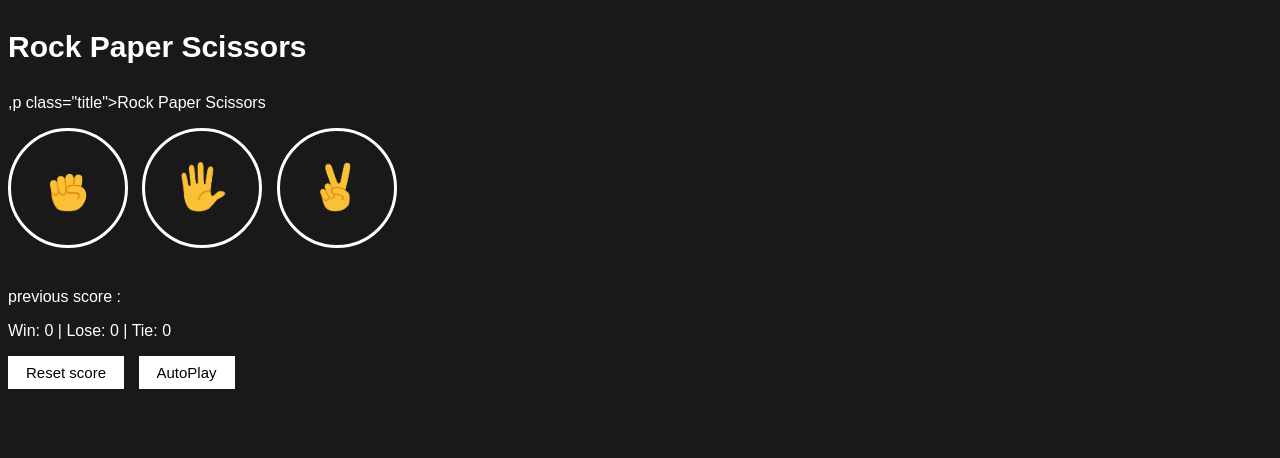
Repository: Gaurav124937/javascript
Page: html/08-rock-paper-scissors-evetlistner.html
These files come from the project's save history. The page is drawn as it stood at one moment and after the next save; the edit follows.
The browser window is 1280 px wide. The pictures show the whole page.

Above is the page before, as saved 2026-04-06 21:35:36.

### html/08-rock-paper-scissors-evetlistner.html
<!DOCTYPE html>
<html lang="en">

<head>
    <meta charset="UTF-8">
    <meta name="viewport" content="width=device-width, initial-scale=1.0">
    <title>Document</title>
    <link rel="stylesheet" href="../css/rock-paper-scisssor-autoplay.css">
</head>



<body>
    <p class="title">Rock Paper Scissors</p>
    ,p class="title">Rock Paper Scissors</p>
    <button  class="game-button rock-button">
        <img src="../images/rock-emoji.png" class="button-emoji"></button>
    <button  class="game-button paper-button">
        <img src="../images/paper-emoji.png" class="button-emoji"></button>
    <button  class="game-button scissors-button">
        <img src="../images/scissors-emoji.png" class="button-emoji"></button>
    <p class="displayresult"></p>
    <p class="choices"></p>
    <p class="js-previous-score previous"> previous score :</p>
    <p class="score-display"></p>
    <button onclick="resetScore() " class="reset-score">Reset score</button>
    <button onclick="autoPlay()" class="auto-play-button">AutoPlay</button>
    <script src="../js/rock-paper-scisssor-autoplay-eventlistner.js"></script>
</body>


</html>

### css/rock-paper-scisssor-autoplay.css
body {
    font-family: Arial, sans-serif;
    color: white;
    background-color: rgb(25, 25, 25);
}

.title {
    font-size: 30px;
    font-weight: bold;
    margin-bottom: 30px;
}

.game-button {
    width: 120px;
    height: 120px;
    border-radius: 90px;
    background-color: rgb(25, 25, 25);
    border: 3px solid white;
    margin-right: 10px;
    cursor: pointer;
}

.button-emoji {
    width: 50px;
}

.result-display {
    font-size: 25px;
    font-weight: bold;
    margin-top: 50px;
}

.choice-display {
    font-size: 15px;
    margin-top: 20px;
    vertical-align: top;
}

.previous {
    margin-top: 40px;
}

.reset-score {
    padding: 8px 18px;
    font-size: 15px;
    background-color: white;
    color: black;
    border: none;
    cursor: pointer;
}

.auto-play-button {
    padding: 8px 18px;
    font-size: 15px;
    background-color: white;
    color: black;
    border: none;
    cursor: pointer;
    margin-left: 10px;
}

### js/rock-paper-scisssor-autoplay-eventlistner.js
const score = localStorage.getItem('score') ? JSON.parse(localStorage.getItem('score')) : { win: 0, lose: 0, tie: 0 };

updateScoreElement();

//function to play the game

function ComputerChoice() {
    let randomNumber = Math.random();
    let ComputerChoice = '';
    if (randomNumber > 0 && randomNumber < 1 / 3) {
        ComputerChoice = 'rock';
    } else if (randomNumber > 1 / 3 && randomNumber < 2 / 3) {
        ComputerChoice = 'paper';
    } else {
        ComputerChoice = 'scissors';
    }
    return ComputerChoice;
}


    //main game function
        document.querySelector('.rock-button').addEventListener('click', () => playGame('rock'));
        document.querySelector('.paper-button').addEventListener('click', () => playGame('paper'));
        document.querySelector('.scissors-button').addEventListener('click', () => playGame('scissors'));


        document.body.addEventListener('keydown', (event) => {
            if (event.key === 'r' || event.key === 'R') {
                playGame('rock');
            } else if (event.key === 'p' || event.key === 'P') {
                playGame('paper');
            } else if (event.key === 's' || event.key === 'S') {
                playGame('scissors');
            }
        });



function playGame(playerChoice) {
    document.querySelector('.js-previous-score').innerHTML = '';


    let returnedComputerChoice = ComputerChoice();

    //function to compare choices and determine result
    function copmarison() {
        let result = '';
        if (playerChoice === returnedComputerChoice) {
            score.tie++;
            result = 'Tie';
        } else if (
            (playerChoice === 'rock' && returnedComputerChoice === 'scissors') ||
            (playerChoice === 'paper' && returnedComputerChoice === 'rock') ||
            (playerChoice === 'scissors' && returnedComputerChoice === 'paper')
        ) {
            score.win++;
            result = "You win.";
        } else {
            score.lose++;
            result = "You lose.";
        }
        //store score in local storage
        localStorage.setItem('score', JSON.stringify(score));
        return result;
    }




    //display results on the webpage
    const resultElement = document.querySelector('.displayresult');
    resultElement.innerText = copmarison();
    resultElement.classList.add('result-display');


    //display choices
    const choiceElement = document.querySelector('.choices');

    choiceElement.innerHTML = `You chose: <img src="../images/${playerChoice}-emoji.png" class="button-emoji"> | Computer chose: <img src="../images/${returnedComputerChoice}-emoji.png" class="button-emoji">`;
    choiceElement.classList.add('choice-display');

    //display score
    updateScoreElement();



}
//function to reset score
function resetScore() {
    score.win = 0;
    score.lose = 0;
    score.tie = 0;
    localStorage.removeItem('score');
    alert(`Scores have been reset.`);
    updateScoreElement();
    document.querySelector('.choices').innerText = '';
    document.querySelector('.displayresult').innerText = '';

}

function updateScoreElement() {
    document.querySelector('.score-display').innerText = `Win: ${score.win} | Lose: ${score.lose} | Tie: ${score.tie}`;
}


let isAutoPlaying = false;
let autoPlayInterval;
function autoPlay() {
    if(!isAutoPlaying){
        autoPlayInterval = setInterval(function(){
        let playerMove=ComputerChoice();
        playGame(playerMove);
    }, 1000);
    isAutoPlaying=true;
    }
    else{
        clearInterval(autoPlayInterval);
        isAutoPlaying=false;
    }
}

After the next save:
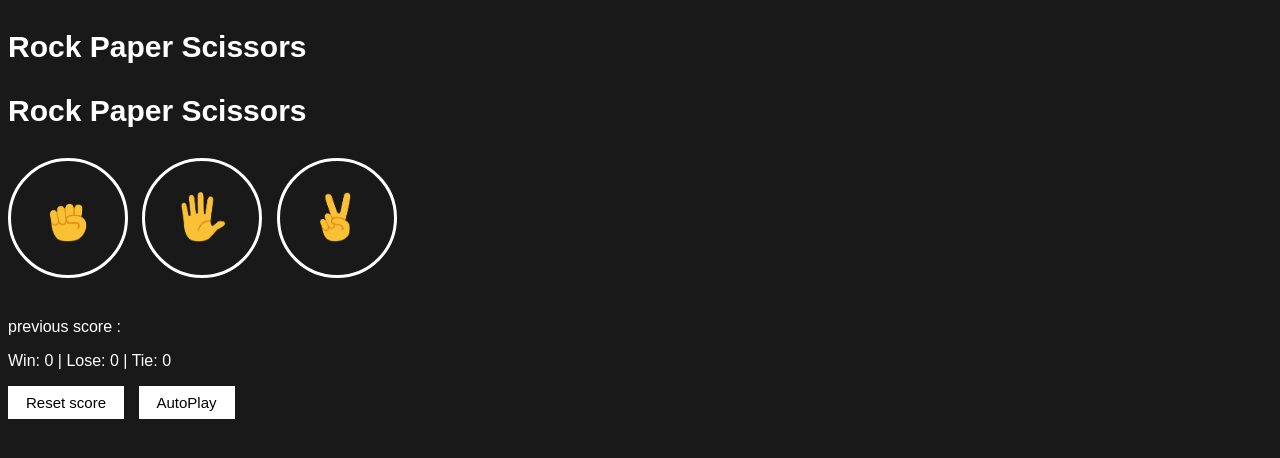
Saved 5 s later.
--- a/html/08-rock-paper-scissors-evetlistner.html
+++ b/html/08-rock-paper-scissors-evetlistner.html
@@ -12,7 +12,7 @@
 
 <body>
     <p class="title">Rock Paper Scissors</p>
-    ,p class="title">Rock Paper Scissors</p>
+    <p class="title">Rock Paper Scissors</p>
     <button  class="game-button rock-button">
         <img src="../images/rock-emoji.png" class="button-emoji"></button>
     <button  class="game-button paper-button">
